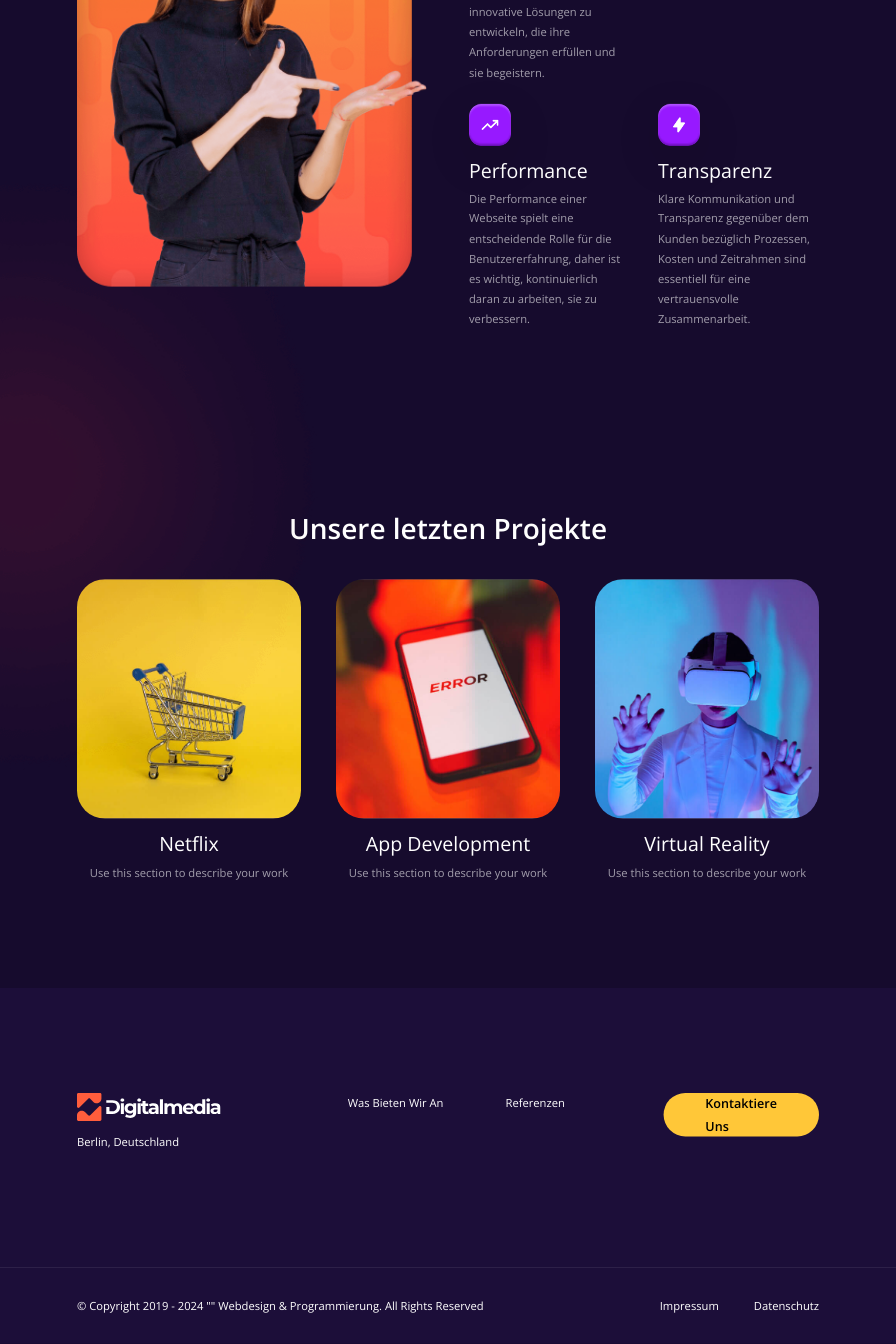
Repository: BerlinWebDev/digitalmediaportfolio
Page: http://localhost/
An editor plug-in stored every save of this project. The page is shown before and after the next save, followed by the edit.
The browser window is 1280 px wide. The pictures show the part of the page from y = 1548 to 3468 px (the page is 3468 px tall before and 3440 px after), at 70% of full size.
The page is served by the project's Node server (server.js).

Above is the page before, as saved 2024-06-17 17:54:51.

After the next save:
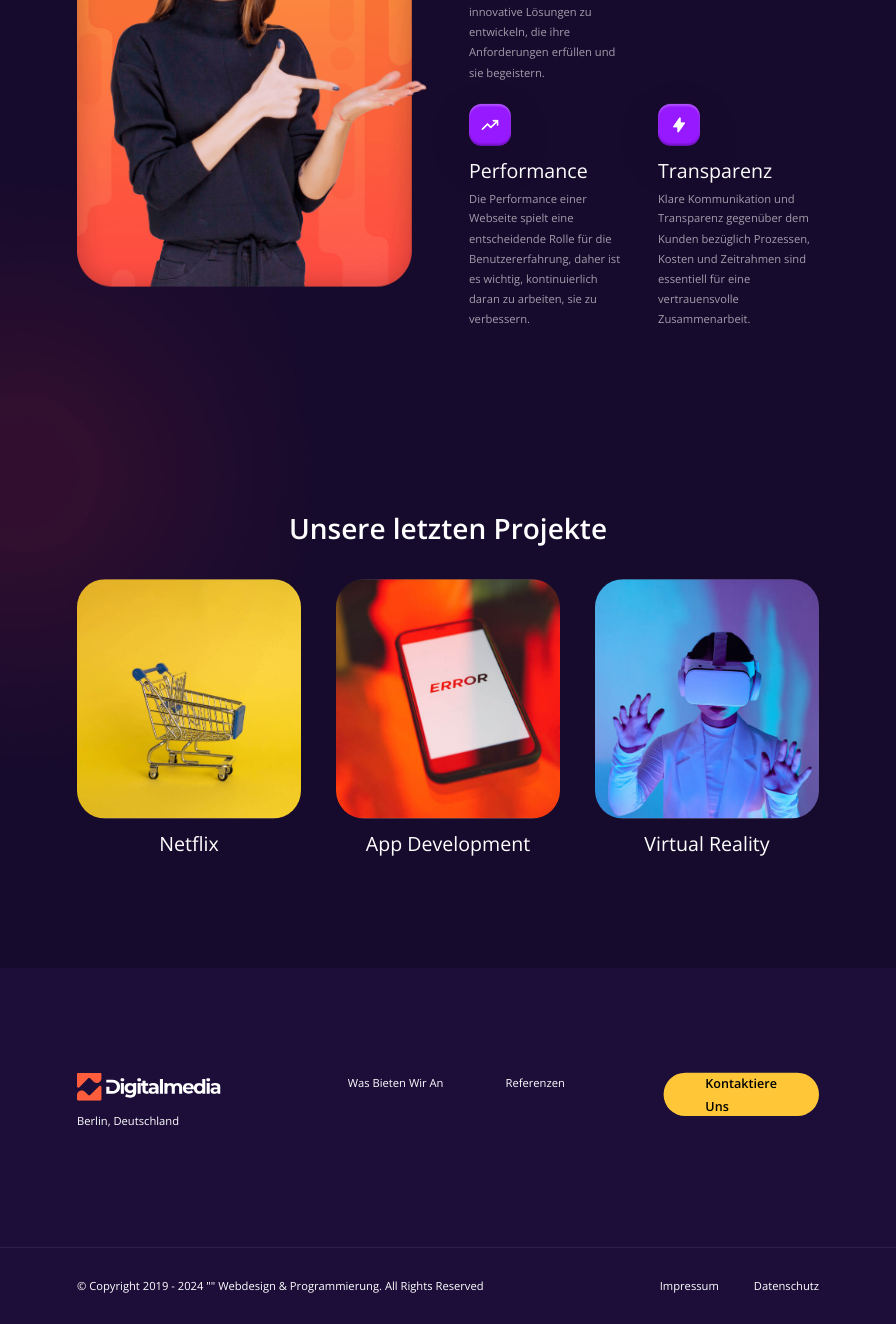
Saved 5 min 18 s later.
--- a/views/index.ejs
+++ b/views/index.ejs
@@ -316,10 +316,6 @@
                   <h3 class="h3 title">
                     <a href="#" class="card-title">Netflix</a>
                   </h3>
-
-                  <p class="card-text">
-                    Use this section to describe your work
-                  </p>
                 </div>
               </li>
 
@@ -342,10 +338,6 @@
                   <h3 class="h3 title">
                     <a href="#" class="card-title">App Development</a>
                   </h3>
-
-                  <p class="card-text">
-                    Use this section to describe your work
-                  </p>
                 </div>
               </li>
 
@@ -368,10 +360,6 @@
                   <h3 class="h3 title">
                     <a href="#" class="card-title">Virtual Reality</a>
                   </h3>
-
-                  <p class="card-text">
-                    Use this section to describe your work
-                  </p>
                 </div>
               </li>
             </ul>
